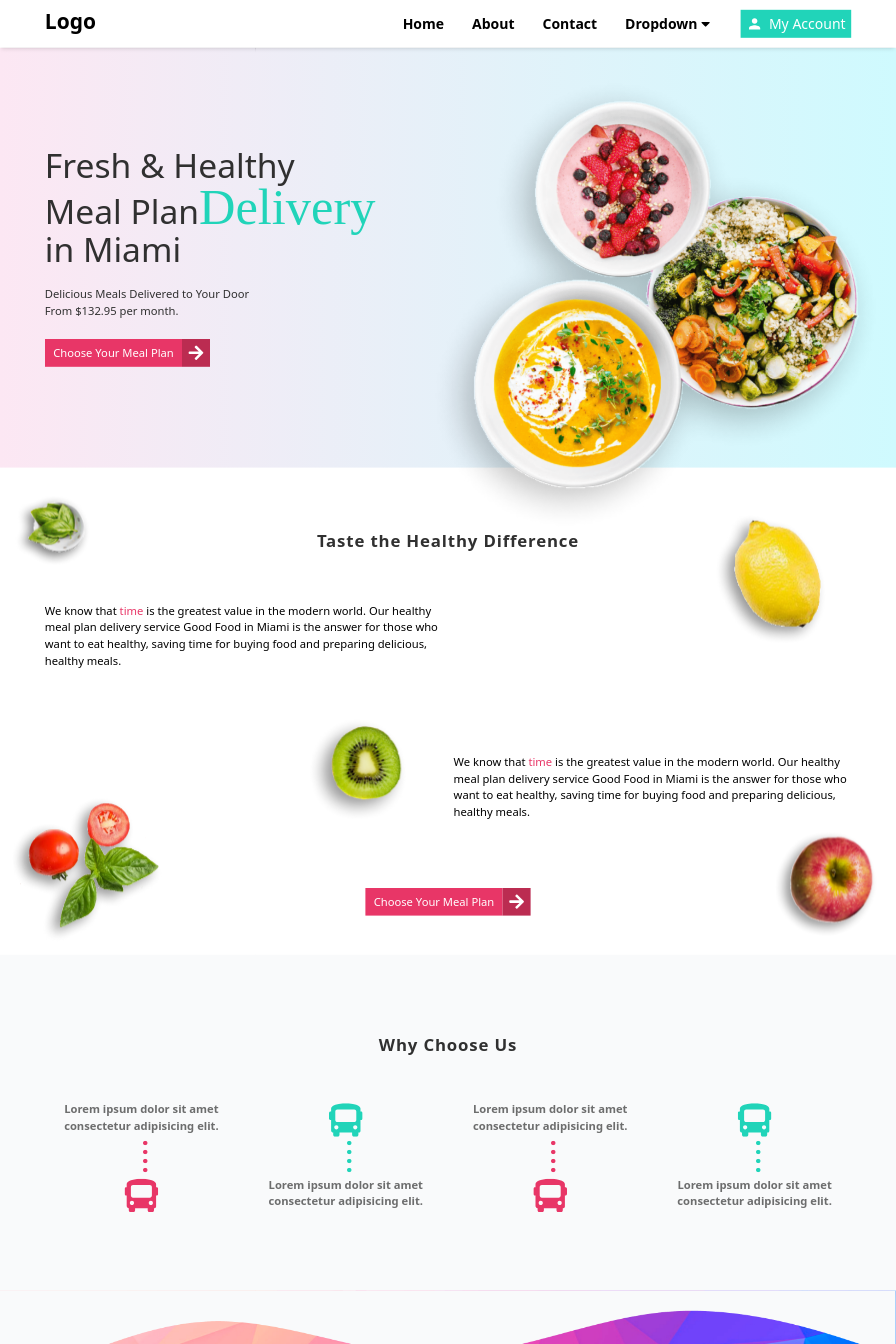
Repository: Ruchii02/restaurant-webpage
Page: / (app in my-project/)
An editor plug-in stored every save of this project. The page is shown before and after the next save, followed by the edit.
The browser window is 1280 px wide. The pictures show the part of the page from y = 0 to 1920 px (the page is 2848 px tall), at 70% of full size.
Some web fonts or font styles are not loaded; a fallback is used. The project was rebuilt for these pictures with package versions that can differ from the ones it lists, and the page was loaded fresh each time. Also part of the build but not shown: my-project/vite.config.js.

Above is the page before, as saved 2024-08-06 16:00:00.

### my-project/index.html
<!doctype html>
<html lang="en">
  <head>
    <meta charset="UTF-8" />
    <link rel="icon" type="image/svg+xml" href="/vite.svg" />
    <meta name="viewport" content="width=device-width, initial-scale=1.0" />
    <title>TastyTransit</title>
  </head>
  <body>
    <div id="root"></div>
    <script type="module" src="/src/main.jsx"></script>
  </body>
</html>

### my-project/src/App.jsx

import React, { useEffect, useState } from 'react'
import Navbar from './components/Navbar/Navbar'
import MainPage from './components/MainPage/MainPage'
import Banner from './components/Banner/Banner'
import WhyChoose from './components/WhyChoose/WhyChoose'
import About from './components/About/About'
import Footer from './components/Footer/Footer'
import Popup from './components/Popup/Popup'
import { duration, easing } from '@mui/material'
import AOS from "aos";
import "aos/dist/aos.css";
 const App = () => {
  const [showPopup , setShowPopup] = useState(false);

  const HandlePopup = ()=>{
    setShowPopup(true);
  };

  useEffect(()=>{
    AOS.init({
      offset: 100,
      duration: 800,
      easing: "ease-in-shine",
      delay : 100,
    });
    AOS.refresh();
  }, []);
  return (
    <div className="overflow-x-hidden">
      <Navbar HandlePopup={HandlePopup}/>
      <MainPage/>
      <Banner/>
      <WhyChoose/>
      <About HandlePopup={HandlePopup}/>
      <Footer/>
      <Popup showPopup={showPopup} setShowPopup={setShowPopup}/>
    </div>
  )
}



export default App

### my-project/src/index.css
@import url('https://fonts.googleapis.com/css2?family=Ephesis&display=swap');

@tailwind base;
@tailwind components;
@tailwind utilities;

### my-project/src/components/Navbar/Navbar.jsx
import React from 'react'
import {FaCaretDown} from "react-icons/fa";
import PersonIcon from '@mui/icons-material/Person';
const NavLinks = [
    {
        id: 1,
        name:"Home",
        link: "#"

    },
    {
        id: 1,
        name:"About",
        link: "#"

    },
    {
        id: 1,
        name:"Contact",
        link: "#"

    },
];

const DropdownLinks = [
    {
        id: 1,
        name: "Vegetables",
        link: "#",
    },
    {
        id: 2,
        name: "Fruits",
        link: "#",
    },
    {
        id: 3,
        name: "Grains",
        link: "#",
    },
    {
        id: 4,
        name: "Drinks",
        link: "#",
    },
]
 const Navbar = ({HandlePopup }) => {
  return (
    <>
    <div className='bg-white shadow-md'>
        <div className="container flex justify-between py-4 sm:py-3">
            {/*logo section*/}
         <div className='font-bold text-3xl'>
           Logo
         </div>
         {/*navbar section*/}
         <div>
            <ul className='flex items-center gap-10'>
                {
                    NavLinks.map(({id , name, link})=>(
                        <li key={id}>
                            <a href={link} className=' hidden sm:inline-block
                            hover:text-primary text-xl font-semibold'>{name}</a>
                        </li>
                    ))
                }
                {/*dropdown and links*/}
                <li className=' hidden md:block cursor-pointer group'>
                    <a href='#'
                         className='inline-block
                            hover:text-primary text-xl font-semibold'>
                                <div className='flex items-center gap-[2px] py-2'>
                                  Dropdown
                                  <span>
                                    <FaCaretDown className='group-hover:rotate-180 duration-300'/>
                                  </span>
                                </div>
                            </a>
                            {/*dropdown section*/}
                            <div className='absolute z-[9999] hidden group-hover:block w-[200px] bg-white text-black shadow-md p-2'>
                                <ul>
                                    {
                                        DropdownLinks.map(({id, name, link})=>(
                                            <li key={id}>
                                                <a href={link}
                                                  className='inline-block w-full rounded-md p-2
                                                  hover:bg-primary/20 text-xl '>
                                                    {name}
                                                  </a>
                                            </li>
                                        ))
                                    }
                                </ul>
                            </div>
                </li>
                {/*Login button*/}
                <li>
                   <button onClick={HandlePopup} className='flex justify-center
                    items-center gap-2
                    bg-secondary
                    h-[40px] text-xl text-white px-2
                    py-2 hover:scale-105 duration-300'>
                    <PersonIcon/>
                    My Account
                    </button>
                </li>
            </ul>
         </div>
        </div>
    </div>
    </>
  )
}

export default Navbar;

### my-project/src/components/MainPage/MainPage.jsx
import React from 'react'
import main_bg from "../../assets/main.png"
import PrimaryButton from '../shared/PrimaryButton'
const MainPage = () => {
  return (
    <>
    <div className='relative z-[-1] bg-gradient-to-r from-pink-100 to-cyan-100'>
        <div className="container py-16 sm:py-0">
            <div className="grid grid-cols-1 sm:grid-cols-2 gap-4
                place-items-center min-h-[600px]">

               {/*text-content section*/}
               <div className='space-y-7 text-dark order-2 sm:order-1'>
                 <h1 data-aos = "fade-up" className='text-5xl'>Fresh & Healthy <br></br> Meal Plan
                       <span className='text-secondary font-cursive text-7xl'>Delivery</span> <br>
                       </br>{"  "}
                        in Miami
                     </h1>
                   <p data-aos = "fade-up"
                      data-aos-delay="300"
                     className='lg:pr-64'>
                     Delicious Meals Delivered to Your Door
                     From $132.95 per month.

                     </p>

                     {/*button section*/}
                     <div data-aos = "fade-up"
                      data-aos-delay="500">
                     <PrimaryButton/>
                     </div>
               </div>
               {/*image section*/}
                 <div data-aos = "zoom-in"
                      data-aos-delay="500"
                   className='relative z-30 order-1 sm:order-2'>
                    <img src={main_bg} alt='' className='w-full sm:scale-125
                          sm:translate-y-16'/>
                 </div>
            </div>
        </div>

    </div>
    </>
  )
}

export default MainPage

### my-project/src/components/WhyChoose/WhyChoose.jsx
import React from 'react'
import { FaBus } from 'react-icons/fa'

const WhyChoose = () => {
  return (
   <>
   <div className="py-14 md:py-28
   bg-gray-50">
    <div className="container">
        {/*heading section*/}
        <h1 data-aos="fade"
          className='pb-16 tracking-wider
            text-2xl font-semibold text-dark
            text-center'>
                Why Choose Us
                </h1>

                {/*card section*/}
                <div data-aos="fade" data-aos-delay="300" >
                    <div className='grid grid-cols-2
                    md:grid-cols-4 gap-14 sm:gap-4 '>
                    {/*first card*/}
                    <div className='text-center flex justify-center
                        items-center flex-col gap-2 px-2'>
                           <p className='text-dark/70 font-semibold'>
                             Lorem ipsum dolor sit amet consectetur adipisicing elit.
                            </p>
                            <p className='text-5xl rotate-90 text-primary text-center
                                 translate-x-5'>....</p>
                            <FaBus className='text-5xl text-primary'/>
                    </div>
                    {/*second card*/}
                    <div className='text-center flex justify-center
                        items-center flex-col gap-1 px-3'>
                           <FaBus className='text-5xl text-secondary'/>
                           <p className='text-5xl rotate-90 text-secondary text-center
                                 translate-x-5'>....</p>
                           <p className='text-dark/70 font-semibold'>
                             Lorem ipsum dolor sit amet consectetur adipisicing elit.
                            </p>

                    </div>
                    {/*third card*/}
                    <div className='text-center flex justify-center
                        items-center flex-col gap-2 px-2'>
                           <p className='text-dark/70 font-semibold'>
                             Lorem ipsum dolor sit amet consectetur adipisicing elit.
                            </p>
                            <p className='text-5xl rotate-90 text-primary text-center
                                 translate-x-5'>....</p>
                            <FaBus className='text-5xl text-primary'/>
                    </div>
                     {/*fourth card*/}
                     <div className='text-center flex justify-center
                        items-center flex-col gap-1 px-3'>
                           <FaBus className='text-5xl text-secondary'/>
                           <p className='text-5xl rotate-90 text-secondary text-center
                                 translate-x-5'>....</p>
                           <p className='text-dark/70 font-semibold'>
                             Lorem ipsum dolor sit amet consectetur adipisicing elit.
                            </p>

                    </div>
                    </div>
                </div>
    </div>
   </div>
   </>
  )
}

export default WhyChoose

### my-project/src/components/About/About.jsx
import React from 'react'
import BgPolygon from "../../assets/polygon.png"
import Vector from"../../assets/vector-wave.png";
import PersonIcon from '@mui/icons-material/Person';
const bgStyle = {
    backgroundImage: `url(${BgPolygon})`,
    backgroundRepeat: "no-repeat",
    backgroundPosition: "center",
    backgroundSize: "cover",
    width: "100%",
    height:"100%",
    position: "relative",
};

const About = ({HandlePopup}) => {
  return (
    <>
    <div style={bgStyle} className='py-14'>
        <div className="container min-h-[500px]
            relative z-10">
                <h1 className='pt-20 tracking-wider text-4xl font-semibold
                 text-white text-center'>
                  About Us
                </h1>
                {/*card-section*/}
                <div data-aos="fade"
                      data-aos-delay="300"
                     className='bg-white/80 p-10 my-10'>
                    Lorem ipsum dolor sit amet consectetur
                     adipisicing elit. Delectus, rerum saepe.
                     Officiis aliquid delectus tempore labore esse
                      incidunt neque molestias animi est? Animi voluptates,
                     in at commodi quaerat ullam dolorum!
                     Lorem ipsum dolor sit amet consectetur
                     adipisicing elit. Delectus, rerum saepe.
                     Officiis aliquid delectus tempore labore esse
                      incidunt neque molestias animi est? Animi voluptates,
                     in at commodi quaerat ullam dolorum!
                     Lorem ipsum dolor sit amet consectetur
                     adipisicing elit. Delectus, rerum saepe.
                     Officiis aliquid delectus tempore labore esse
                      incidunt neque molestias animi est? Animi voluptates,
                     in at commodi quaerat ullam dolorum!
                     Lorem ipsum dolor sit amet consectetur
                     adipisicing elit. Delectus, rerum saepe.
                     Officiis aliquid delectus tempore labore esse
                      incidunt neque molestias animi est? Animi voluptates,
                     in at commodi quaerat ullam dolorum!
                     <div className='pt-10 flex justify-center'>
                     <button onClick={HandlePopup} className='flex justify-center
                    items-center gap-2
                    bg-primary
                    h-[40px] text-xl text-white px-5
                    py-2 hover:scale-105 duration-300'>
                    <PersonIcon/>
                    My Account
                    </button>
                     </div>
                </div>
        </div>
        {/* wave-vector */}
        <div className='absolute top-0 w-full
              right-0 '>
            <img src={Vector} alt='' className='mx-auto' />
        </div>

    </div>
    </>
  )
}

export default About

### my-project/src/components/Footer/Footer.jsx
import React from 'react'
import PhoneInTalkIcon from '@mui/icons-material/PhoneInTalk';
import EmailIcon from '@mui/icons-material/Email';
import CopyrightIcon from '@mui/icons-material/Copyright';
import LocationOnIcon from '@mui/icons-material/LocationOn';
const Footer = () => {
  return (
    <>
    <div className='text-white mt-20'>
       <div data-aos="fade-down"  className="container bg-gradient-to-b
            from-primary to-primaryDark rounded-t-3xl">
          {/* heading-section */}
               <h1 className='py-10 text-3xl font-bold
                  text-yellow text-center'>
                  Contact Us
                </h1>

            {/* grid-section */}
            <div className='grid grid-cols-1 sm:grid-cols-2
               md:grid-cols-3 gap-14 border-b-2
               border-white pb-6'>
                {/* address-section */}
                <div className='text-center space-y-4'>
                    <div className='flex justify-center'>
                      <LocationOnIcon className='text-5xl'/>
                    </div>
                    <p>
                        Lorem ipsum dolor, sit amet <br />
                        consectetur adipisicing elit. Aliquid
                        at laudantium
                    </p>
                </div>
                 {/* email-section */}
                 <div className='text-center space-y-4'>
                    <div className='flex justify-center'>
                      <EmailIcon className='text-5xl'/>
                    </div>
                    <div>
                    <p>Info@goodfood.com</p>
                    <p>Hr@goodfood.com</p>
                    </div>
                </div>
               {/* Number-section */}
               <div className='text-center space-y-4'>
                    <div className='flex justify-center'>
                      <PhoneInTalkIcon className='text-5xl'/>
                    </div>
                    <div>
                    <p>555-123-4567 - Sales and Services</p>
                    <p>917-555-4321 - Queries</p>
                    <p>646-555-9876 - Whatsapp</p>
                    </div>
                </div>
            </div>
            {/* copyright-section */}
            <div className='flex justify-between p-4 items-center'>
                <p><CopyrightIcon/> 2024 TCJ . All rights reserved</p>
                <div className='flex items-center gap-6'>
                    <a href='#'>Privacy Policy</a>
                    <a href='#'>Terms & Conditions</a>
                </div>
            </div>
       </div>
    </div>
    </>
  )
}

export default Footer

### my-project/src/components/Popup/Popup.jsx
import React from 'react'
import CloseIcon from '@mui/icons-material/Close';
import GoogleIcon from '@mui/icons-material/Google';
import FacebookIcon from '@mui/icons-material/Facebook';
const Popup = ({showPopup , setShowPopup})=>{
    return (
        <>
        {
             showPopup && (
              <div>
                <div className="h-screen w-screen fixed top-0
                  left-0 bg-black/50 z-50 backdrop-blur-sm">
                    <div className='fixed top-1/2 left-1/2
                       -translate-x-1/2 -translate-y-1/2 p-4
                         shadow-md bg-white rounded-md duration-200 w-[300px]'>
                      {/* header-section */ }
                       <div className='flex items-center justify-between'>
                        <div>
                            <h1 className='text-2xl font-bold
                               text-dark'>Login</h1>
                        </div>
                        <div>
                            <CloseIcon className='text-2xl cursor-pointer'
                              onClick={()=> setShowPopup(false)} />
                        </div>
                       </div>
                       {/* loginForm-section*/}
                       <div className='mt-4'>
                          <input type='email' placeholder='enter email'
                              className='w-full rounded-md border border-gray-300
                              dark:border-gray-500 px-2 py-1 mb-4'   />

                              <input type='password' placeholder='enter password'
                            className='w-full rounded-md border border-gray-300
                              dark:border-gray-500 px-2 py-1 mb-4'   />

                              {/* loginButton-section*/}
                              <div>
                                <button
                                   className='w-full bg-primary text-white
                                      p-2 rounded-md'  onClick={()=> setShowPopup(false)}>Login Now</button>
                              </div>

                               {/* loginSocial-section*/}

                                 <div className='mt-4'>
                                    <p className='text-center'>or Login with</p>
                                    <div className='flex justify-center gap-2 mt-2'>
                                       <GoogleIcon className='text-5xl hover:text-primary duration-200 ' />
                                       <FacebookIcon className='text-5xl hover:text-blue-500 duration-200 '/>
                                    </div>
                                 </div>
                       </div>
                    </div>
                </div>
              </div>
            )
        }
        </>
    )
};

export default Popup;

### my-project/src/components/shared/PrimaryButton.jsx
import React from 'react'
import { FaArrowRight } from 'react-icons/fa'
const PrimaryButton = () => {
  return (
    <>
    <div className='flex items-center group'>
        <button className='bg-primary h-[40px] text-white px-3 py-2'>
            Choose Your Meal Plan
        </button>
        <FaArrowRight className='inline-block
         group-hover:!translate-x-2 duration-200
         p-2 text-base h-[40px] w-[40px] bg-primaryDark text-white'/>
    </div>
    </>
  )
}

export default PrimaryButton

Loaded but not shown: my-project/src/main.jsx (common file); my-project/tailwind.config.js (31 lines, source omitted); my-project/src/components/Banner/Banner.jsx (101 lines, source omitted)

After the next save:
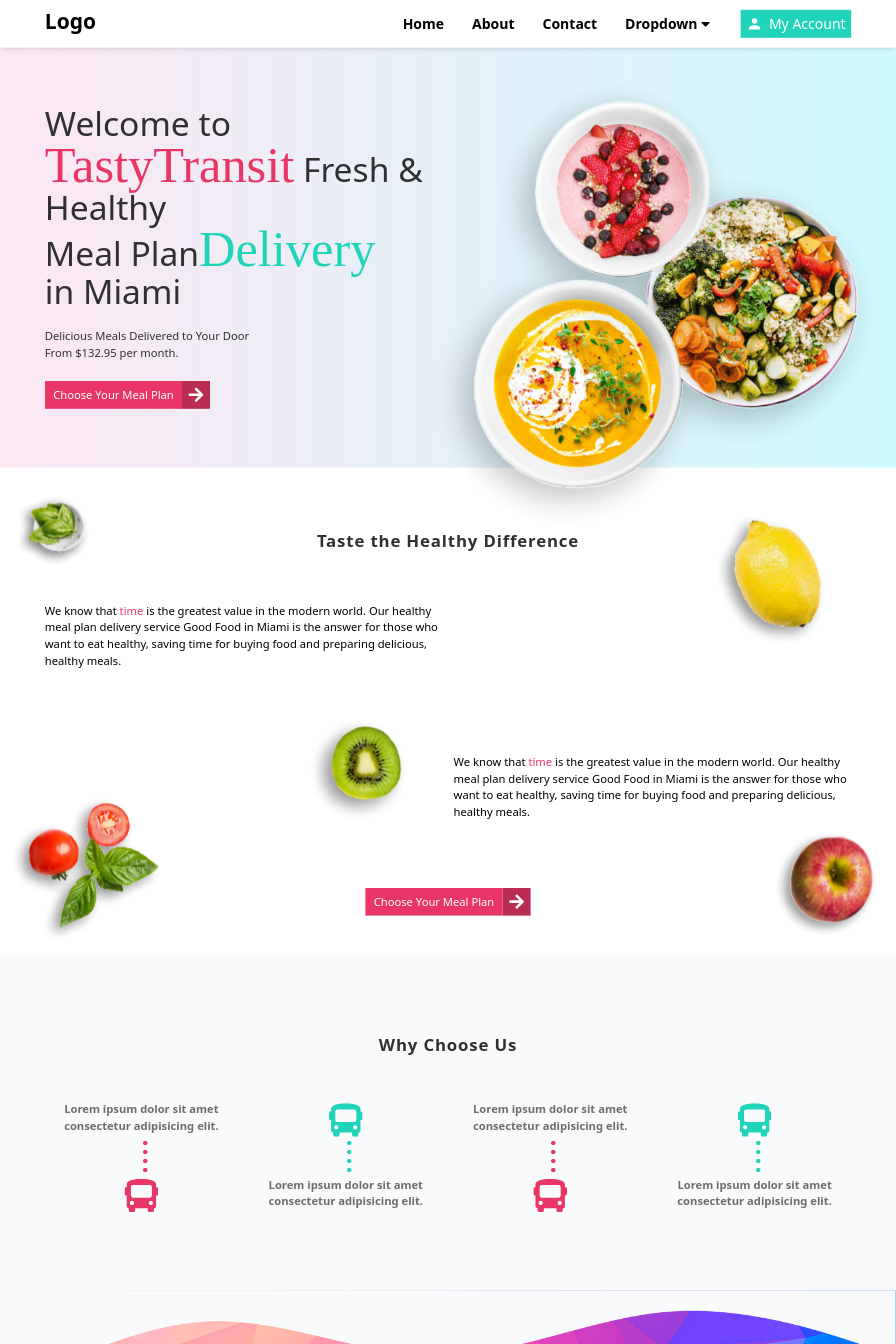
Saved 2 min 58 s later.
--- a/my-project/src/components/MainPage/MainPage.jsx
+++ b/my-project/src/components/MainPage/MainPage.jsx
@@ -11,7 +11,7 @@ const MainPage = () => {
 
                {/*text-content section*/}
                <div className='space-y-7 text-dark order-2 sm:order-1'>
-                 <h1 data-aos = "fade-up" className='text-5xl'>Fresh & Healthy <br></br> Meal Plan
+                 <h1 data-aos = "fade-up" className='text-5xl'>Welcome to <span className='text-primary font-cursive text-7xl'>TastyTransit</span> Fresh & Healthy <br></br> Meal Plan
                        <span className='text-secondary font-cursive text-7xl'>Delivery</span> <br>
                        </br>{"  "}
                         in Miami
